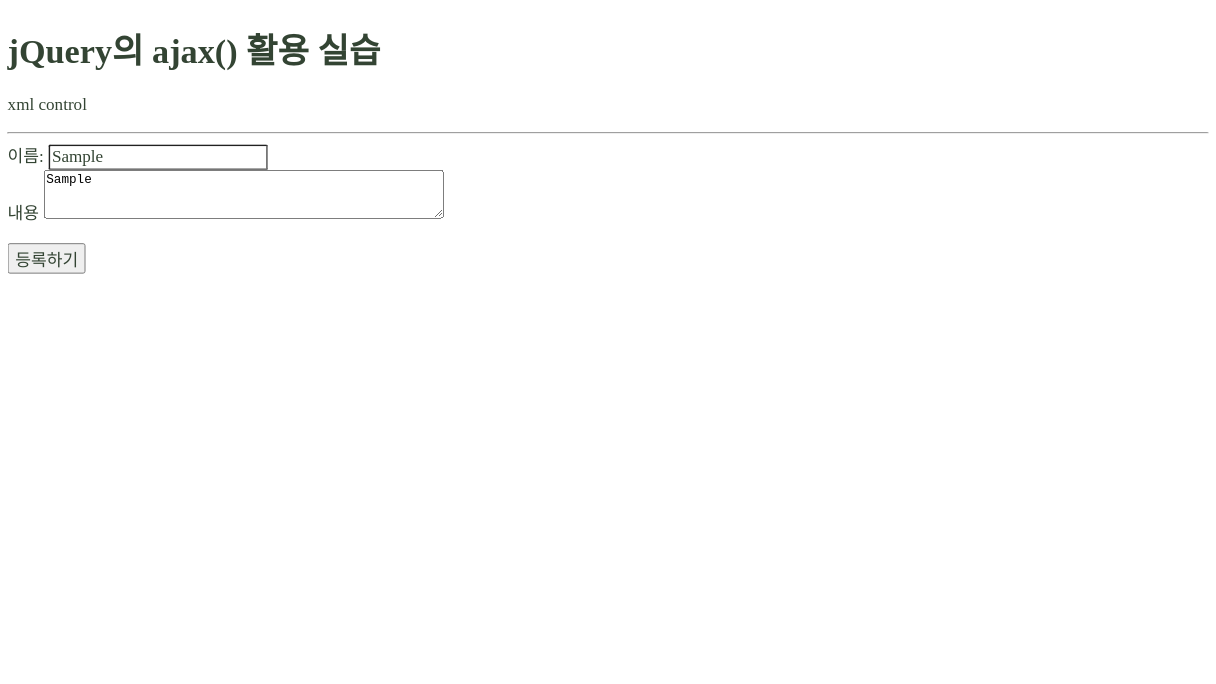
Repository: Jeong43/WebStudy
Page: http://localhost/AjaxJqueryApp04/AjaxTest02.jsp
These files come from the project's save history. The page is drawn as it stood at one moment and after the next save; the edit follows.
The browser window is 1280 px wide. The pictures show the whole page, at 95% of full size.
Empty fields were first filled with sample values (such as "Sample", 5 or name@example.com).
After loading, the first visible `#sendBtn` was clicked once.
The page is served by Tomcat 9.

Above is the page before, as saved 2021-12-08 01:05:28.
Console error: TypeError: item.atrr is not a function

### AjaxJqueryApp04/WebContent/AjaxTest02.jsp
<%@ page contentType="text/html; charset=UTF-8"%>
<%@ taglib prefix="c" uri="http://java.sun.com/jsp/jstl/core"%>
<%
	request.setCharacterEncoding("UTF-8");
String cp = request.getContextPath();
%>
<!DOCTYPE html>
<html>
<head>
<meta charset="UTF-8">
<link rel="stylesheet" type="text/css" href="<%=cp%>/css/main.css">
<script type="text/javascript" src="http://code.jquery.com/jquery.min.js"></script>
<script type="text/javascript">

	$(function()
	{
		$("#sendBtn").click(function()
		{
			//alert("click test");

			var params = "name=" + $.trim($("#name").val()) + "&content=" + $.trim($("#content").val());

			$.ajax(
			{
				type : "POST"
				, url : "AjaxTest02_ok.jsp"
				, data : params
				//, async : true			//-- 동기 @true(비동기, defaul 값), false(동기)
				, dataType : "xml"			//-- check~!!!
				, success : function(args)
				{
					//alert("success Test");

					var out = "";
					out = ">> 게시물 갯수: " + $(args).find("total_dataCount").text() + "<br>";

					$(args).find("comment").each(function()		//@ 일괄 처리
					{
						var item = $(this);						//@ 객체를 아이템에 담기
						var num = item.atrr("num");				//@ item 에 atrribute인 'num'을 찾아라!
						var name = item.find("name").text();
						var content = item.find("content").text();
						alert("name:" + name + ", content:" + content);


						out += "<br>======================";
						out += "<br> 번호 : " + num;
						out += "<br> 이름 : " + name;
						out += "<br> 내용 : " + content;
						out += "<br>======================<br>";
					});

					$("#resultDiv").html(out);

					$("#name").val("");
					$("#content").val("");
					$("#name").focus();
				}
				, beforeSend : showRequest
				, err : function(e)
				{
					alert(e.responseText);
				}

			});

		});
	});

	function showRequest()
	{
		if(!$.trim($("#name").val()))
		{
			alert("이름을 입력해야 합니다.");
			$("#name").focus();

			return false;
		}

		if(!$.trim($("#content").val()))
		{
			alert("내용을 입력해야 합니다.");
			$("#content").focus();

			return false;
		}

		return true;
	}

</script>

<title>AjaxTest02.jsp</title>
</head>
<body>

	<div>
		<h1>jQuery의 ajax() 활용 실습</h1>
		<p>xml control</p>
		<hr />
	</div>

	<div>
		이름:
		<input type="text" id="name" class="txt" />
		<br /> 내용
		<textarea id="content" rows="3" cols="50"></textarea>
		<br /> <br />

		<input type="button" value="등록하기" id="sendBtn" />
	</div>

	<div id="resultDiv">
	</div>


</body>
</html>

### AjaxJqueryApp04/WebContent/css/main.css
@charset "UTF-8";


body, p, div, span, input, table, th, td, select
{
	font-size: 18px;
	color: #343;
	font-family: 맑은 고딕;
}

.txt
{
	font-weight: blod;
	border-radius: 2px;
}

.txt:focus
{
	background-color: #eeffee;
}

.control
{
	border: 1px solid gray;
	border-radius: 3px;
}

.table
{
	border-collapse: collapse;
	width: 100%;
}


.table th, .table td
{
	border: 1px solid gray;
	border-left: 0px;
	border-right: 0px;
	padding: 3px;
	line-height: 150%
}

.table th
{
	font-weight: bold;
	background-color: #EEE;
}

.btn
{
	font-weight: bold;
}

.btn:hover
{
	color: white;
	background-color: #778877;
}

### AjaxJqueryApp04/WebContent/AjaxTest02_ok.jsp
<%@ page contentType="text/html; charset=UTF-8"
%><%@ taglib prefix="c" uri="http://java.sun.com/jsp/jstl/core"
%><%
	request.setCharacterEncoding("UTF-8");
	String cp = request.getContextPath();

	// AjaxTest02_ok.jsp → XML 재구성

	String name = request.getParameter("name");
	String content = request.getParameter("content");

	response.setContentType("text/xml");

%><?xml version="1.0" encoding="UTF-8"?>
<lists>
	<total_dataCount>5</total_dataCount>
	<%
	for(int i=1; i<=5; i++)
	{
	%>
		<comment num="<%=i %>">
			<name><%=name + i %></name>
			<content><%=content + i %></content>
		</comment>
	<%
	}
	%>
</lists>

After the next save:
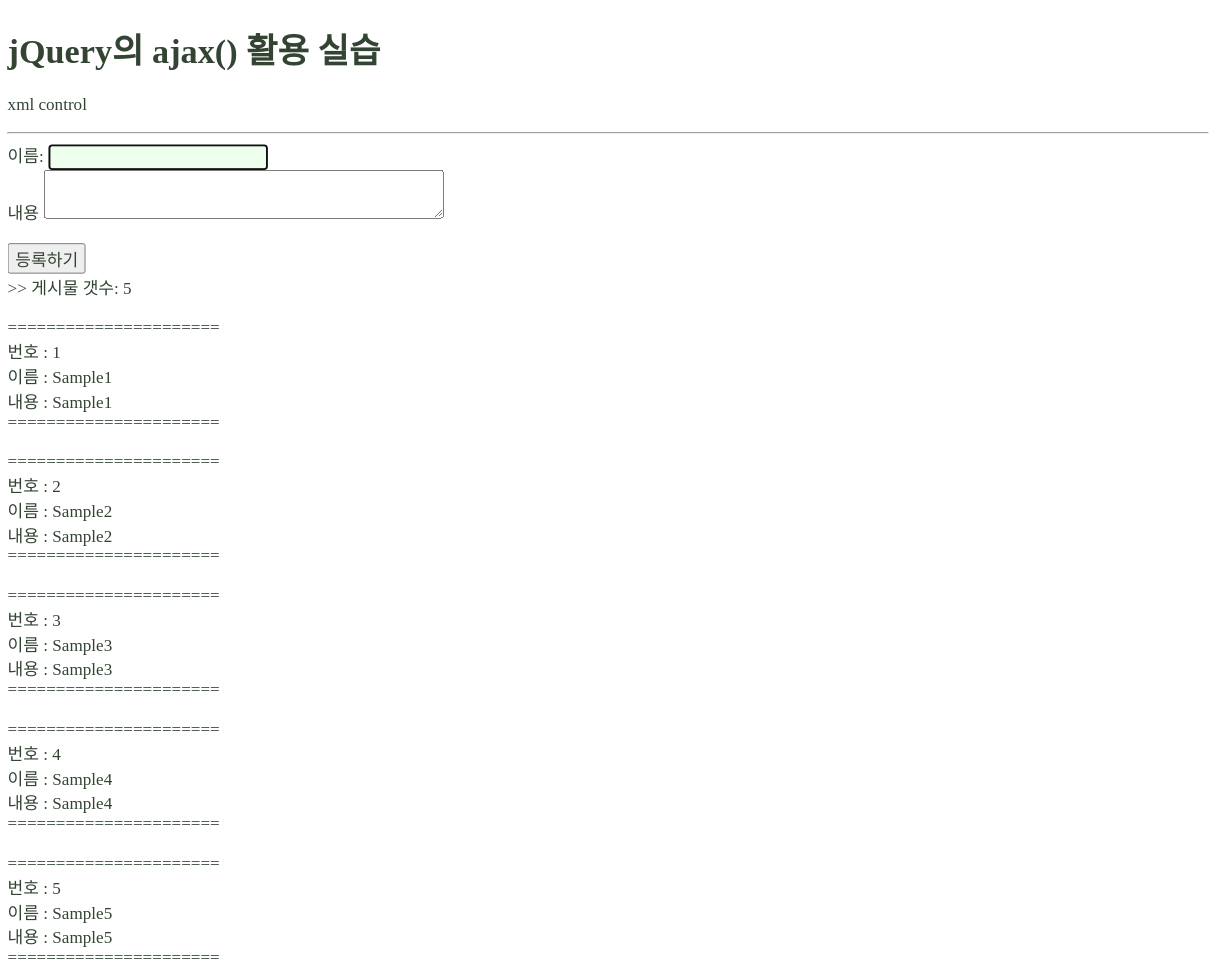
The error is gone.
Saved 72 s later.
--- a/AjaxJqueryApp04/WebContent/AjaxTest02.jsp
+++ b/AjaxJqueryApp04/WebContent/AjaxTest02.jsp
@@ -37,7 +37,7 @@
 					$(args).find("comment").each(function()		//@ 일괄 처리
 					{
 						var item = $(this);						//@ 객체를 아이템에 담기
-						var num = item.atrr("num");				//@ item 에 atrribute인 'num'을 찾아라!
+						var num = item.attr("num");				//@ item 에 atrribute인 'num'을 찾아라!
 						var name = item.find("name").text();
 						var content = item.find("content").text();
 						alert("name:" + name + ", content:" + content);
